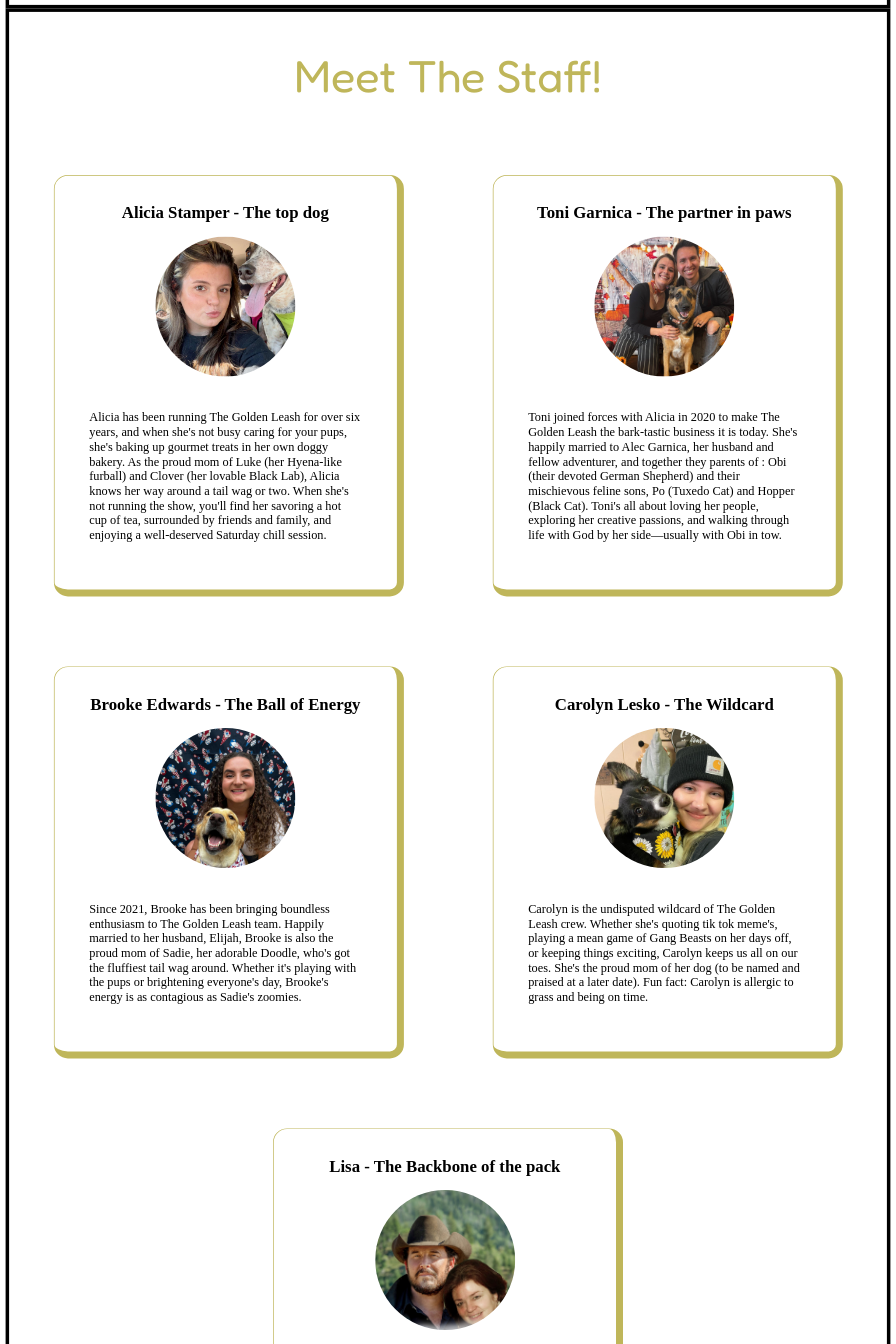
Repository: Aworminator/Thegoldenleash
Page: index.html
An editor plug-in stored every save of this project. The page is shown before and after the next save, followed by the edit.
The browser window is 1280 px wide. The pictures show the part of the page from y = 1890 to 3810 px (the page is 4783 px tall before and 3157 px after), at 70% of full size.

Above is the page before, as saved 2025-07-20 22:49:32.

### index.html
<!DOCTYPE html>
<html lang="en">
  <head>
    <meta charset="UTF-8" />
    <meta name="viewport" content="width=device-width, initial-scale=1.0" />
    <title>The Golden Leash</title>
    <link
      rel="stylesheet"
      href="https://cdnjs.cloudflare.com/ajax/libs/font-awesome/6.5.0/css/all.min.css"
      integrity="sha512-..."
      crossorigin="anonymous"
      referrerpolicy="no-referrer"
    />
    <link rel="stylesheet" href="style.css" />
    <link rel="preconnect" href="https://fonts.googleapis.com" />
    <link rel="preconnect" href="https://fonts.gstatic.com" crossorigin />
    <link
      href="https://fonts.googleapis.com/css2?family=Fredoka:wght@300..700&display=swap"
      rel="stylesheet"
    />

    <!-- Everything is great. Look up ideas on how to make everything else translate
    with media query. The logo is fixed, however, other things get messed up after
    the resolution hits a certain point. Figure out how to fix that next. -->
  </head>
  <body>
    <section class="home-page">
      <div class="image-container">
        <div>
          <img src="./Images/GoldenLeashLogo No Nose.png" class="logo" />
        </div>

        <ul class="list">
          <li class="list-item" id="story">Our Story</li>
          <li class="list-item" id="service">Services</li>
          <li class="list-item" id="contact">Contact Us</li>
        </ul>
      </div>
    </section>

    <section class="our-story">
      <h1>Our Story</h1>
      <p class="story-info info">
        Lorem ipsum odor amet, consectetuer adipiscing elit. Aenean quis
        bibendum condimentum mauris primis integer sollicitudin porttitor.
        Blandit condimentum aptent condimentum orci rhoncus pellentesque euismod
        a. Varius imperdiet fermentum aptent mollis sem eu. Mattis ante pharetra
        quisque nam odio nascetur per. Vitae pellentesque massa facilisi
        maecenas ligula felis. Tristique pulvinar iaculis inceptos lectus elit
        fusce. <br /><br />
        Nisl erat purus sem imperdiet varius erat taciti cursus. Leo ante lectus
        potenti lacus viverra senectus commodo fringilla. Imperdiet est
        parturient ornare imperdiet tempor vulputate. Parturient porttitor
        quisque platea turpis vel porta. Torquent feugiat curabitur posuere
        hendrerit ipsum eros vel erat. Aenean netus proin arcu taciti nec
        efficitur ullamcorper.
      </p>
    </section>

    <section class="services">
      <h1>Services</h1>
      <div class="icon-container">
        <i class="fa-solid fa-house icon" id="boarding"></i>
        <i class="fa-solid fa-dog icon" id="daycare"></i>
        <i class="fa-solid fa-paw icon" id="walks"></i>
        <i class="fa-solid fa-bath icon" id="grooming"></i>
      </div>
      <h1>Click for Info</h1>
      <div class="service-info info" id="boarding">
        <h3>Boarding</h3>
        <h3>$75 Per/Night</h3>
        <h3>$80 Per/Night (In Home Boarding)</h3>
        <p>
          At The Golden Leash, our boarding service is truly cage-free—your dog
          enjoys a comfortable, home-like environment 24/7 with no kennels or
          crates. We believe every pup deserves freedom, companionship, and
          personalized attention, so they’re never confined and always part of
          the family. <br /><br />
          For dogs who prefer familiar surroundings, we also offer in-home
          boarding. Our trusted staff can stay at your home, ensuring your dog’s
          routine and comfort are maintained while you’re away. Whether at our
          place or yours, your dog receives loving care, playtime, and
          relaxation—just like they’re at home!
        </p>
      </div>
      <div class="service-info info" id="daycare">
        <h3>Daycare</h3>
        <h3>$35 Full Day (6-9 Hours)</h3>
        <h3>$25 Half Day (3-5 Hours)</h3>
        <p>
          At The Golden Leash, our doggy daycare is a great environment where
          your pup can play, socialize, and relax just like at home. We believe
          dogs thrive when they’re free to interact and explore, so we provide
          supervised group play and plenty of space for every personality.
          <br /><br />
          Our experienced staff ensures each dog’s safety and comfort, offering
          personalized attention throughout the day. Whether your dog loves to
          romp with friends or prefers quiet time, we tailor their experience to
          meet their needs. Give your dog a fun, stress-free day—no cages, just
          care!
        </p>
      </div>
      <div class="service-info info" id="walks">
        <h3>Walks</h3>
        <h3>$25</h3>
        <h4>(Starting at)</h4>
        <p>
          At The Golden Leash, we bring personalized care directly to you! Our
          team will stop by to check on your dog and take them for a walk
          tailored to their needs. Each walk typically lasts around 45 minutes,
          giving your pup plenty of exercise and attention. <br /><br />
          Your dog's safety and well-being are our top priorities. That’s why we
          monitor the weather closely, ensuring your furry friend isn’t exposed
          to unsafe conditions. We avoid walks in temperatures below 28°F, and
          during extreme heat, we’ll adjust walk times to protect your dog’s
          paws from hot sidewalks. Because your dog deserves the very best
          care—rain, shine, or snow!
        </p>
      </div>
      <div class="service-info info" id="grooming">
        <h3>Grooming</h3>
        <h3>$40 Basic Bath</h3>
        <h3>$50 Deshed</h3>
        <h4>(Starting at)</h4>
        <p>
          At The Golden Leash, our grooming service is designed to keep your dog
          looking and feeling their best in a stress-free, cage-free
          environment. We offer baths, brush-outs, nail trims, ear cleaning, and
          more—always tailored to your pup’s needs and comfort. <br /><br />
          Our experienced staff uses gentle techniques and high-quality products
          to ensure a safe, positive experience for every dog. Whether your pup
          needs a quick freshen-up or a full spa treatment, we provide
          personalized care with plenty of love and attention. Book a grooming
          session and let your dog shine!
        </p>
      </div>
    </section>

    <section class="staff">
      <h1>Meet The Staff!</h1>
      <div id="staff-cards"></div>
    </section>

    <section class="contact">
      <h1>Contact Us</h1>
      <form class="contact-form">
        <div class="form-group">
          <label for="name">Name</label>
          <input type="text" id="name" name="name" required />
        </div>
        <div class="form-group">
          <label for="email">Email</label>
          <input type="email" id="email" name="email" required />
        </div>
        <div class="form-group">
          <label for="message">Message</label>
          <textarea id="message" name="message" rows="5" required></textarea>
        </div>
        <button type="submit" class="contact-btn">Send Message</button>
      </form>
    </section>
    <script src="script.js"></script>
  </body>
</html>

### style.css
h1 {
  font-family: "Fredoka", serif;
  font-optical-sizing: auto;
  font-weight: 400; /* Replace <weight> with a valid value */
  font-style: normal;
  color: #bfb65a;
  font-variation-settings: "wdth" 100;
  text-align: center;
  font-size: 4em;
}

h2 {
  text-align: center;
}

.image-container {
  display: flex;
  flex-direction: row;
  justify-content: space-around;
}

.home-page {
  border: black solid 5px;
  min-height: 50vh;
}

.services,
.staff,
.contact,
.our-story {
  border: black solid 5px;
  min-height: 600px;
}

.logo {
  width: 100%;
  max-width: 600px; /* or whatever the largest size you want */
  height: auto;
  display: block;
}

.list {
  font-size: 3em;
  padding: 50px;
}

li {
  font-family: "Fredoka", serif;
  font-optical-sizing: auto;
  font-weight: 400; /* Replace <weight> with a valid value */
  font-style: normal;
  color: #bfb65a;
  font-variation-settings: "wdth" 100;
  font-size: 1.3em;
  margin-bottom: 80px;
  text-shadow: 3px 3px 0px rgba(191, 183, 90, 0.336),
    0 0 16px rgba(191, 182, 90, 0.25);
}

.icon-container {
  display: flex;
  justify-content: center;
}

.icon {
  background-color: #bfb65a;
  width: 100px;
  aspect-ratio: 1 / 1;
  border-radius: 50%;
  display: flex;
  justify-content: center;
  align-items: center;
  font-size: 2em;
  margin: 30px;
}

.icon:hover,
.list-item:hover {
  transform: scale(1.1);
  transition: transform 0.2s;
}

.icon:active,
.list-item:active {
  transform: scale(0.9);
  transition: transform 0.2s;
}

.service-info,
.story-info {
  text-align: center;
  font-size: 1.5rem;
  margin: 100px;
}

.service-info {
  display: none;
  max-width: 1000px;
  /* width: 100%; */
  margin: 80px auto;
  background-color: rgb(229, 229, 229);
  border-radius: 10px;
  padding: 5px;
  animation: slide-fwd-tr 1.3s cubic-bezier(0.25, 0.46, 0.45, 0.94) both;
}

.service-info p {
  max-width: 500px;
  /* width: 1000%; */
  margin: 50px auto;
}

.card {
  width: 100%;
  max-width: 500px;
  border: none;
  border-bottom: 10px solid #bfb65a;
  border-right: 10px solid #bfb65a;
  border-top: 1px solid #bfb65a;
  border-left: 1px solid #bfb65a;
  border-radius: 20px;
  display: flex;
  flex-direction: column;
  justify-content: flex-start;
  align-items: center;
  margin: 50px;
  padding: 20px;
  box-sizing: border-box;
  overflow-wrap: break-word;
  word-wrap: break-word;
}

.profile-pic {
  height: 200px;
  border-radius: 50%;
  object-fit: cover;
  object-position: top;
  width: 200px;
}

.profile-pic:hover {
  transform: scale(1.15);
  transition: transform 0.2s;
}

#staff-cards {
  display: flex;
  flex-direction: row;
  flex-wrap: wrap;
  align-items: center;
  justify-content: space-around;
}

.staff-info {
  padding: 30px;
  font-size: 1.1em;
}

@keyframes slide-fwd-tr {
  0% {
    opacity: 0%;
    transform: translateZ(180px) translateY(120px) translateX(-120px);
  }
  100% {
    opacity: 100%;
    transform: translateZ(0px) translateY(0px) translateX(0px);
  }
}

@media (max-width: 900px) {
  .image-container {
    flex-direction: column;
    align-items: center;
  }

  .info {
    font-size: 0.8em;
    width: 50%;
    /* figure out a way to make this wider */
  }

  .icon {
    font-size: 1.4em;
    margin: 15px;
  }

  .staff-info {
    font-size: 1.2em;
    overflow: visible;
    padding: 10px;
  }

  .card {
    margin: 20px;
    padding: 20px;
  }

  h1 {
    font-size: 2.5em;
  }

  li {
    font-size: 1em;
  }

  h2 {
    font-size: 1.2em;
    padding: 5px;
  }
}

@media (max-width: 600px) {
  .contact-form {
    padding: 18px 8px 14px 8px;
    max-width: 95vw;
  }
}

/* Contact Form Styles */
.contact-form {
  max-width: 500px;
  margin: 40px auto 0 auto;
  border-radius: 16px;
  box-shadow: 0 4px 24px rgba(191, 182, 90, 0.15);
  padding: 32px 28px 24px 28px;
  display: flex;
  flex-direction: column;
  gap: 18px;
}
.form-group {
  display: flex;
  flex-direction: column;
  gap: 6px;
}
.contact-form label {
  font-size: 1.1em;
  color: black;
  font-weight: 600;
  margin-bottom: 2px;
}
.contact-form input,
.contact-form textarea {
  padding: 10px 12px;
  border: 1.5px solid black;
  border-radius: 8px;
  font-size: 1em;
  font-family: inherit;
  transition: border 0.2s;
}
.contact-form input:focus,
.contact-form textarea:focus {
  outline: none;
  border: 2px solid black;
}
.contact-btn {
  background: #bfb65a;
  color: #fff;
  border: none;
  border-radius: 8px;
  padding: 12px 0;
  font-size: 1.1em;
  font-weight: 700;
  cursor: pointer;
  margin-top: 10px;
  box-shadow: 0 2px 8px rgba(191, 182, 90, 0.12);
  transition: background 0.2s, transform 0.2s;
}
.contact-btn:hover {
  background: #a49e4a;
  transform: translateY(-2px) scale(1.03);
}

### script.js
const staffMembers = [
  {
    name: "Alicia Stamper",
    title: "The top dog",
    image: "./Images/Staff Pictures/Alicia TGL Picture.jpg",
    info: "Alicia has been running The Golden Leash for over six years, and when she's not busy caring for your pups, she's baking up gourmet treats in her own doggy bakery. As the proud mom of Luke (her Hyena-like furball) and Clover (her lovable Black Lab), Alicia knows her way around a tail wag or two. When she's not running the show, you'll find her savoring a hot cup of tea, surrounded by friends and family, and enjoying a well-deserved Saturday chill session.",
  },
  {
    name: "Toni Garnica",
    title: "The partner in paws",
    image: "./Images/Staff Pictures/Toni TGL Picture.jpg",
    info: "Toni joined forces with Alicia in 2020 to make The Golden Leash the bark-tastic business it is today. She's happily married to Alec Garnica, her husband and fellow adventurer, and together they parents of : Obi (their devoted German Shepherd) and their mischievous feline sons, Po (Tuxedo Cat) and Hopper (Black Cat). Toni's all about loving her people, exploring her creative passions, and walking through life with God by her side—usually with Obi in tow.",
  },
  {
    name: "Brooke Edwards",
    title: "The Ball of Energy",
    image: "./Images/Staff Pictures/Brooke TGL Picture.jpg",
    info: "Since 2021, Brooke has been bringing boundless enthusiasm to The Golden Leash team. Happily married to her husband, Elijah, Brooke is also the proud mom of Sadie, her adorable Doodle, who's got the fluffiest tail wag around. Whether it's playing with the pups or brightening everyone's day, Brooke's energy is as contagious as Sadie's zoomies.",
  },
  {
    name: "Carolyn Lesko",
    title: "The Wildcard",
    image: "./Images/Staff Pictures/Carolyn TGL Picture.jpg",
    info: "Carolyn is the undisputed wildcard of The Golden Leash crew. Whether she's quoting tik tok meme's, playing a mean game of Gang Beasts on her days off, or keeping things exciting, Carolyn keeps us all on our toes. She's the proud mom of her dog (to be named and praised at a later date). Fun fact: Carolyn is allergic to grass and being on time.",
  },
  {
    name: "Lisa",
    title: "The Backbone of the pack",
    image: "./Images/Staff Pictures/Lisa and rip Van Winkle.png",
    info: "Lisa is the kind of hard worker who makes everything run like clockwork at The Golden Leash. With her unmatched dedication and a can-do attitude, she's the go-to person for getting things done. Whether it's caring for pups, organizing schedules, or simply being awesome, Lisa brings a level of expertise and warmth that every team dreams of having. We're lucky to have her!",
  },
];

const story = document.querySelector("#story");
const services = document.querySelector("#services");
const contact = document.querySelector("#contact");
const house = document.querySelector(".fa-house");
const dog = document.querySelector(".fa-dog");
const paw = document.querySelector(".fa-paw");
const bath = document.querySelector(".fa-bath");
const serviceInfo = document.querySelector(".service-info");
const boarding = document.querySelector("#boarding");
const grooming = document.querySelector("#grooming");
const walks = document.querySelector("#walks");
const daycare = document.querySelector("#daycare");
const service = document.querySelector(".services");
const staffCards = document.querySelector("#staff-cards");
const iconContainer = document.querySelectorAll(".icon-container i");

let allSections = document.querySelectorAll(".service-info");

// Loop for the list items.

// FIX THIS. Make it go to each section class.
document.querySelectorAll(".list-item").forEach((list) => {
  list.addEventListener("click", () => {
    const targetID = list.id;
    const targetSection = document.getElementById(targetID);

    if (targetSection) targetSection.scrollIntoView({ behavior: "smooth" });
  });
});

story.addEventListener("click", () => {
  story.scrollIntoView({ behavior: "smooth"})
})

// Loop for the icons.
iconContainer.forEach((icon) => {
  icon.addEventListener("click", () => {
    const sectionId = icon.id;

    allSections.forEach((section) => {
      section.style.display = section.id === sectionId ? "block" : "none";
    });
    const targetSection = document.getElementById(sectionId);
    if (targetSection) targetSection.scrollIntoView({ behavior: "smooth" });
  });
});

staffMembers.forEach((person) => {
  const newCard = document.createElement("div");
  newCard.classList.add("card");
  newCard.innerHTML = `<h2>${person.name} - ${person.title}</h2>
          <img
            src="${person.image}"
            alt="${person.name} Profile-Pic"
            class="profile-pic"
          />
          <p class="staff-info info">
            ${person.info}
          </p>`;
  staffCards.appendChild(newCard);
});

After the next save:
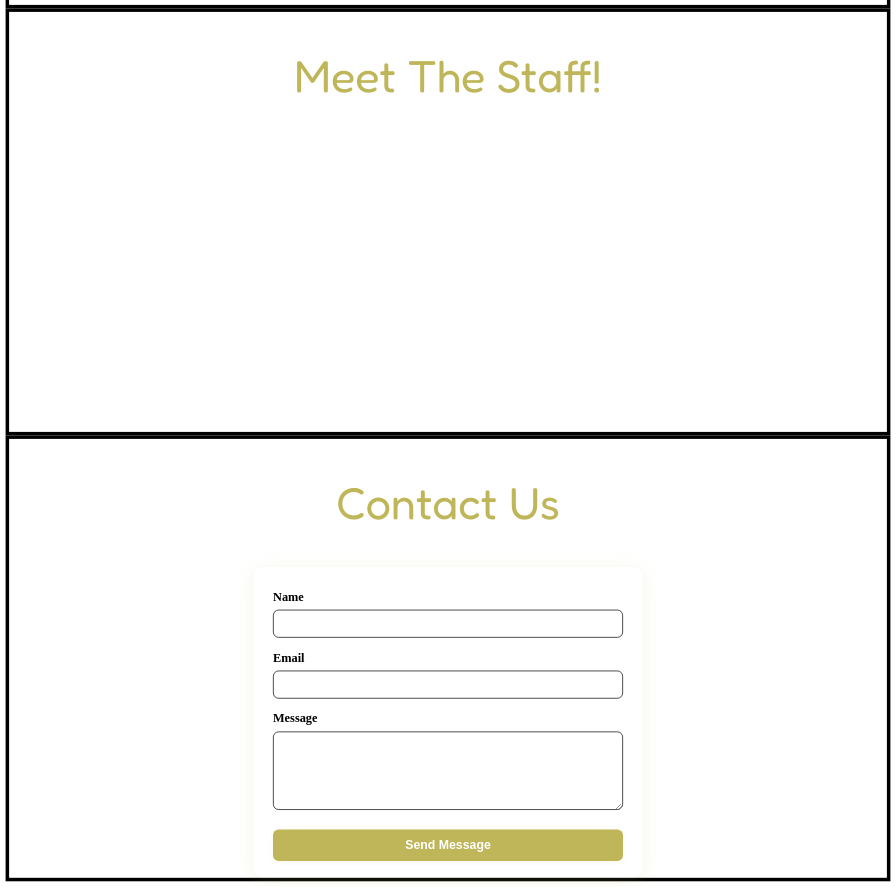
Console error: SyntaxError: Missing initializer in const declaration
Saved 19 s later.
--- a/script.js
+++ b/script.js
@@ -34,6 +34,7 @@
 const story = document.querySelector("#story");
 const services = document.querySelector("#services");
 const contact = document.querySelector("#contact");
+const storySec
 const house = document.querySelector(".fa-house");
 const dog = document.querySelector(".fa-dog");
 const paw = document.querySelector(".fa-paw");

After the 2 saves that followed:
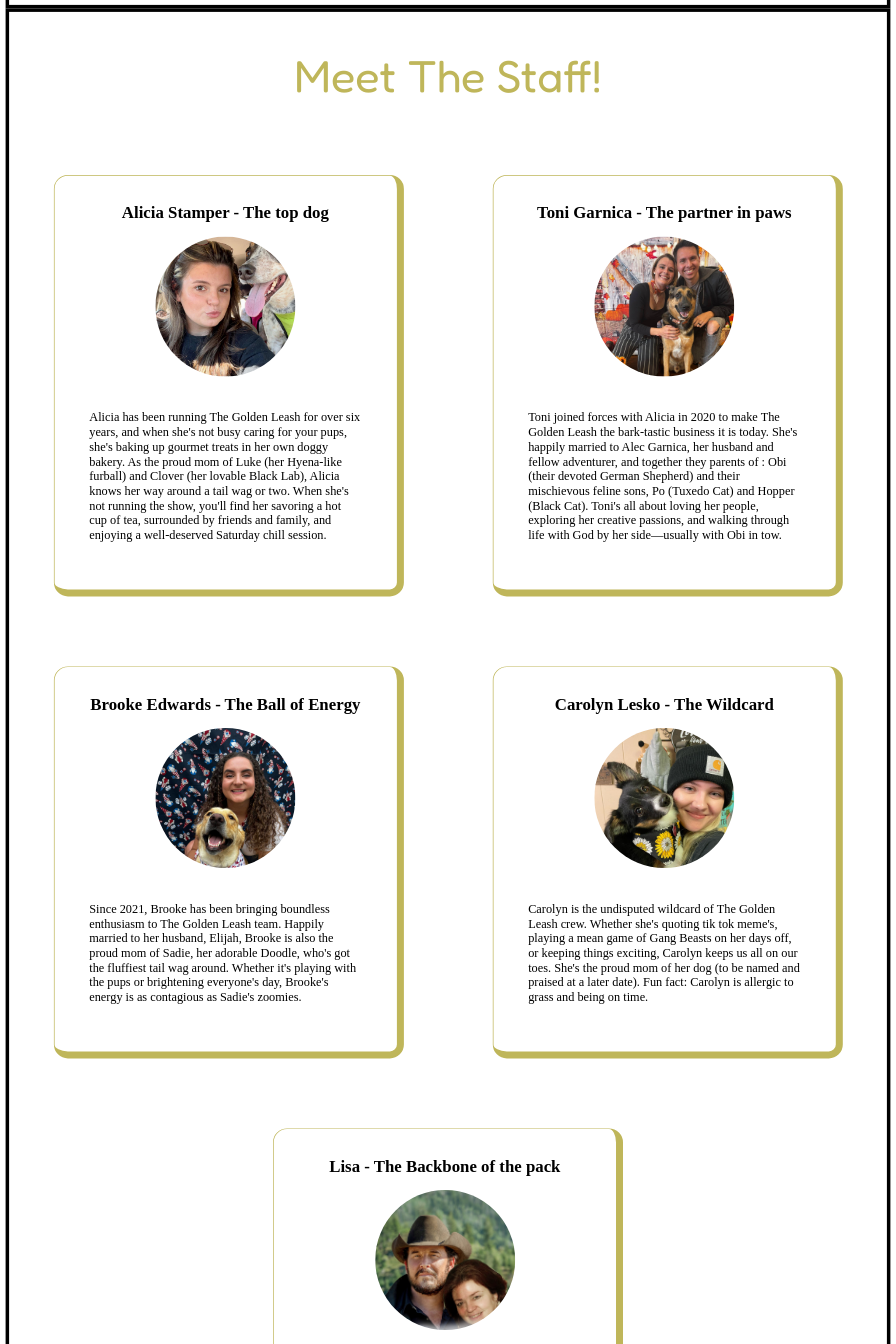
The error is gone.
The 2 saves are shown as one change because they came seconds apart.
The last was saved 11 s later.
--- a/script.js
+++ b/script.js
@@ -34,7 +34,7 @@
 const story = document.querySelector("#story");
 const services = document.querySelector("#services");
 const contact = document.querySelector("#contact");
-const storySec
+const storySection = document.querySelector(".our-story")
 const house = document.querySelector(".fa-house");
 const dog = document.querySelector(".fa-dog");
 const paw = document.querySelector(".fa-paw");
